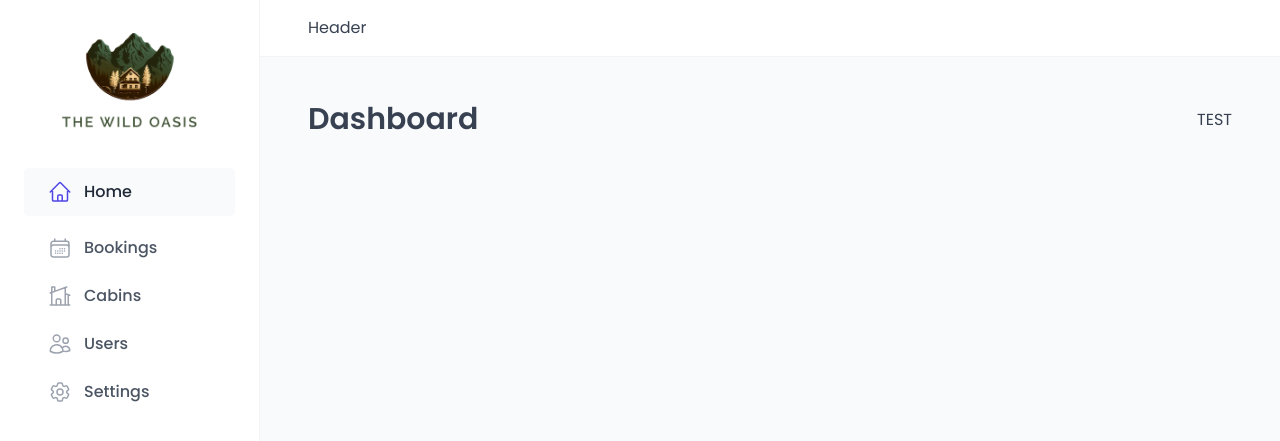
Repository: Aboagye-Dacosta/the-wild-oasis
Page: /
The author's editor kept a copy of each file at every save. The page is drawn from the files as they stood at one save, then again after a run of saves.
The browser window is 1280 px wide. The pictures show the whole page.
Some web fonts or font styles are not loaded; a fallback is used. The project was rebuilt for these pictures with package versions that can differ from the ones it lists, and the page was loaded fresh each time. Also part of the build but not shown: vite.config.js, src/pages/Account.jsx, src/pages/Bookings.jsx, src/pages/Cabins.jsx, src/pages/Login.jsx, src/hooks/useMoveBack.js, src/pages/PageNotFound.jsx, src/pages/Settings.jsx and 1 more.

Above is the page before, as saved 2024-03-07 12:04:11.

After the next 4 saves:
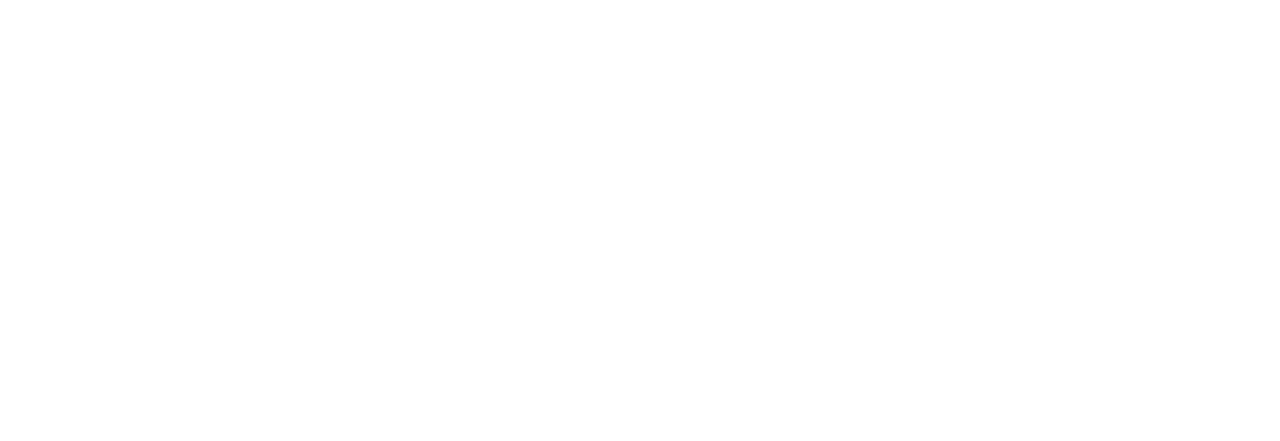
Console error: TypeError: Cannot read properties of undefined (reading 'mount')
The 4 saves are shown as one change because 1 did not build or start and some came seconds apart.
The last was saved 24 s later.
--- a/src/App.jsx
+++ b/src/App.jsx
@@ -16,6 +16,7 @@
   return (
     <>
       <GlobalStyle />
+      <QueryClientProvider></QueryClientProvider>
       <BrowserRouter>
         <Routes>
           <Route element={<AppLayout />}>

After the 5 saves that followed:
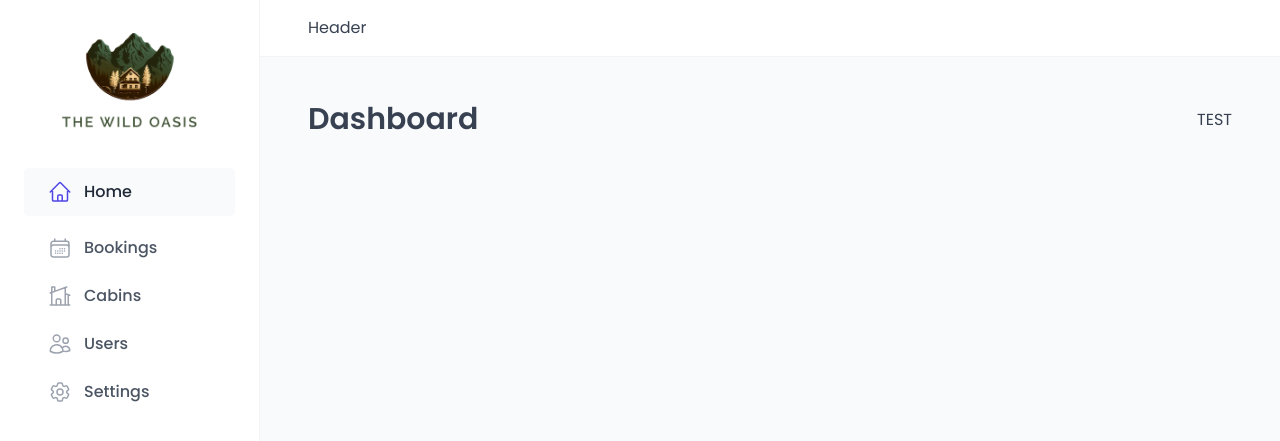
The error is gone.
The 5 saves are shown as one change because 1 did not build or start and 2 left the picture as it was and some came seconds apart.
The last was saved 37 s later.
--- a/src/App.jsx
+++ b/src/App.jsx
@@ -1,5 +1,5 @@
+import { QueryClient, QueryClientProvider } from "@tanstack/react-query";
 import { BrowserRouter, Navigate, Route, Routes } from "react-router-dom";
-import {QueryClient,QueryClientProvider} from "@tanstack/react-query"
 
 import Account from "./pages/Account";
 import Bookings from "./pages/Bookings";
@@ -13,25 +13,27 @@
 import AppLayout from "./ui/AppLayout";
 
 function App() {
+  const client = new QueryClient();
   return (
     <>
       <GlobalStyle />
-      <QueryClientProvider></QueryClientProvider>
-      <BrowserRouter>
-        <Routes>
-          <Route element={<AppLayout />}>
-            <Route index element={<Navigate replace to="dashboard" />} />
-            <Route path="dashboard" element={<Dashboard />} />
-            <Route path="bookings" element={<Bookings />} />
-            <Route path="cabins" element={<Cabins />} />
-            <Route path="settings" element={<Settings />} />
-            <Route path="account" element={<Account />} />
-            <Route path="users" element={<Users />} />
-          </Route>
-          <Route path="login" element={<Login />} />
-          <Route path="*" element={<PageNotFound />} />
-        </Routes>
-      </BrowserRouter>
+      <QueryClientProvider client={client}>
+        <BrowserRouter>
+          <Routes>
+            <Route element={<AppLayout />}>
+              <Route index element={<Navigate replace to="dashboard" />} />
+              <Route path="dashboard" element={<Dashboard />} />
+              <Route path="bookings" element={<Bookings />} />
+              <Route path="cabins" element={<Cabins />} />
+              <Route path="settings" element={<Settings />} />
+              <Route path="account" element={<Account />} />
+              <Route path="users" element={<Users />} />
+            </Route>
+            <Route path="login" element={<Login />} />
+            <Route path="*" element={<PageNotFound />} />
+          </Routes>
+        </BrowserRouter>
+      </QueryClientProvider>
     </>
   );
 }
